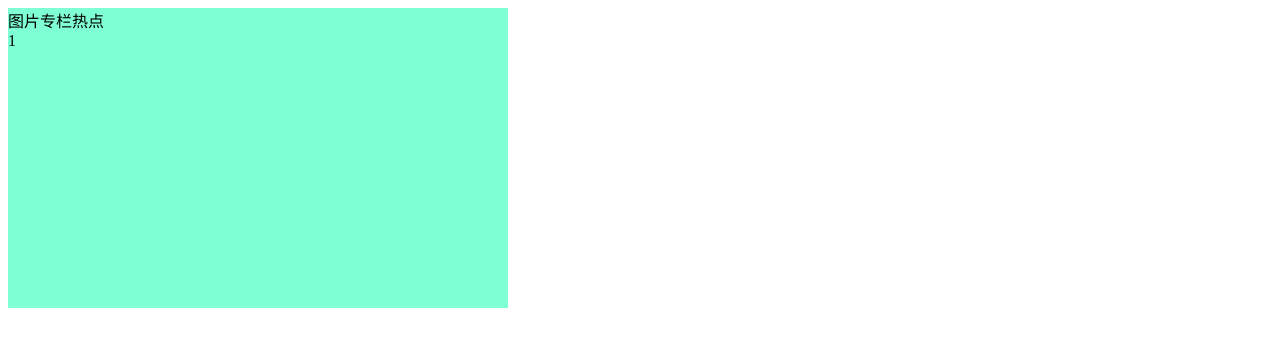
Repository: 1404413577/jsdemo
Page: /res (app in vue-demo/myweb3/)
The author's editor kept a copy of each file at every save. The page is drawn from the files as they stood at one save, then again after the next save.
The browser window is 1280 px wide. The pictures show the whole page.
The project was rebuilt for these pictures with package versions that can differ from the ones it lists, and the page was loaded fresh each time. Also part of the build but not shown: vue-demo/myweb3/vue.config.js, vue-demo/myweb3/src/components/vue2/demo.vue.

Above is the page before, as saved 2022-11-25 20:42:51.

### vue-demo/myweb3/src/App.vue
<template>
  <router-view/>
</template>

<script>

</script>
<style lang="less">

</style>

### vue-demo/myweb3/src/router/index.js
import { createRouter, createWebHistory } from 'vue-router'

const routes = [
  {
    path: "/home",
    component: 'home',
    component: () => import('../views/Home.vue')
},
  {
    path: '/onclick',
    name: 'onclick',
    component: () => import('../views/OnClick.vue')
  },
  {
    path: '/res',
    name: 'res',
    component: () => import('../views/res.vue')

  }
]

const router = createRouter({
  history: createWebHistory(process.env.BASE_URL),
  routes
})

export default router

### vue-demo/myweb3/src/views/res.vue
<template>
  <div>
    <!-- <Demo /> -->
    <Tab />
  </div>
</template>

<script>
import Demo from "@/components/vue2/demo.vue";
import Tab from "@/components/vue2/Tab.vue";
export default {
  components: {
    Demo,
    Tab,
  },
};
</script>

<style>

</style>

### vue-demo/myweb3/src/components/vue2/Tab.vue
<template>
  <div class="main">
    <div>
        <nav>
            <span @click="btnFn(1)">图片</span>
            <span @click="btnFn(2)">专栏</span>
            <span @click="btnFn(3)">热点</span>
        </nav>


        <div v-show="status == 1">1</div>
        <div v-show="status == 2">2</div>
        <div v-show="status == 3">3</div>

    </div>
  </div>
</template>

<script>
export default {
    data() {
        return{
            status : 1
        }
    },
    methods:{
        btnFn(val) {
            this.status = val;
        }
    }

}
</script>

<style scoped>
*{
    padding: 0;
    margin: 0;
}
.main{
    width: 500px;
    height: 300px;
    background-color: aquamarine;

}
</style>

Loaded but not shown: vue-demo/myweb3/public/index.html (common file); vue-demo/myweb3/src/main.js (common file); vue-demo/myweb3/src/store/index.js (common file)

After the next save:
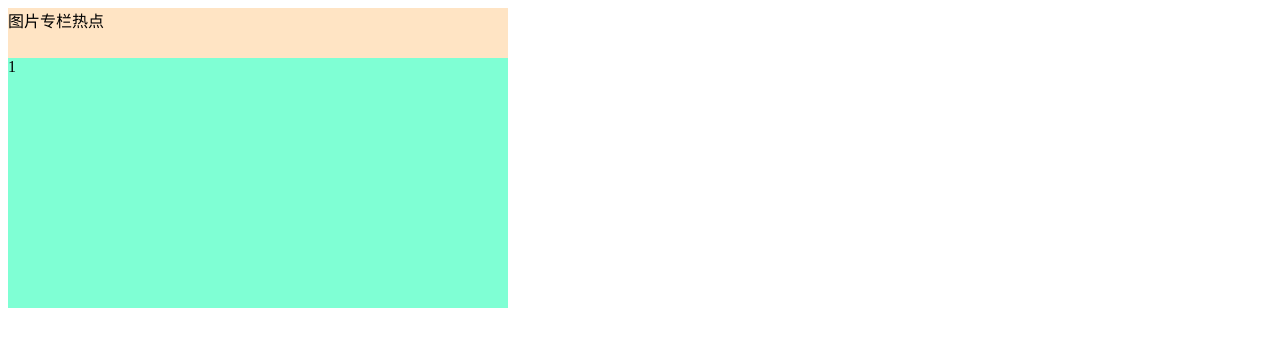
Saved 58 s later.
--- a/vue-demo/myweb3/src/components/vue2/Tab.vue
+++ b/vue-demo/myweb3/src/components/vue2/Tab.vue
@@ -43,4 +43,10 @@ export default {
     background-color: aquamarine;
 
 }
+
+.main nav{
+    width: 100%;
+    height: 50px;
+    background-color: bisque;
+}
 </style>
